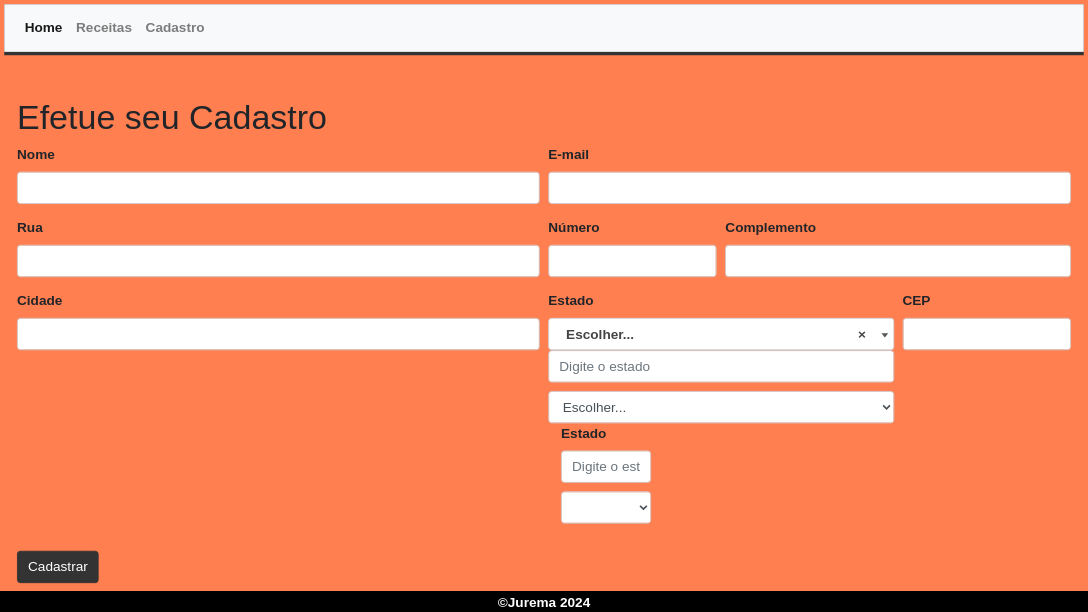
Repository: devropaes/RECEITAS
Page: OneDrive/Área de Trabalho/Estudos/Estácio/receitas/cadastro.html
The author's editor kept a copy of each file at every save. The page is drawn from the files as they stood at one save, then again after the next save.
The browser window is 1280 px wide. The pictures show the whole page, at 85% of full size.

Above is the page before, as saved 2024-03-13 18:11:13.

After the next save:
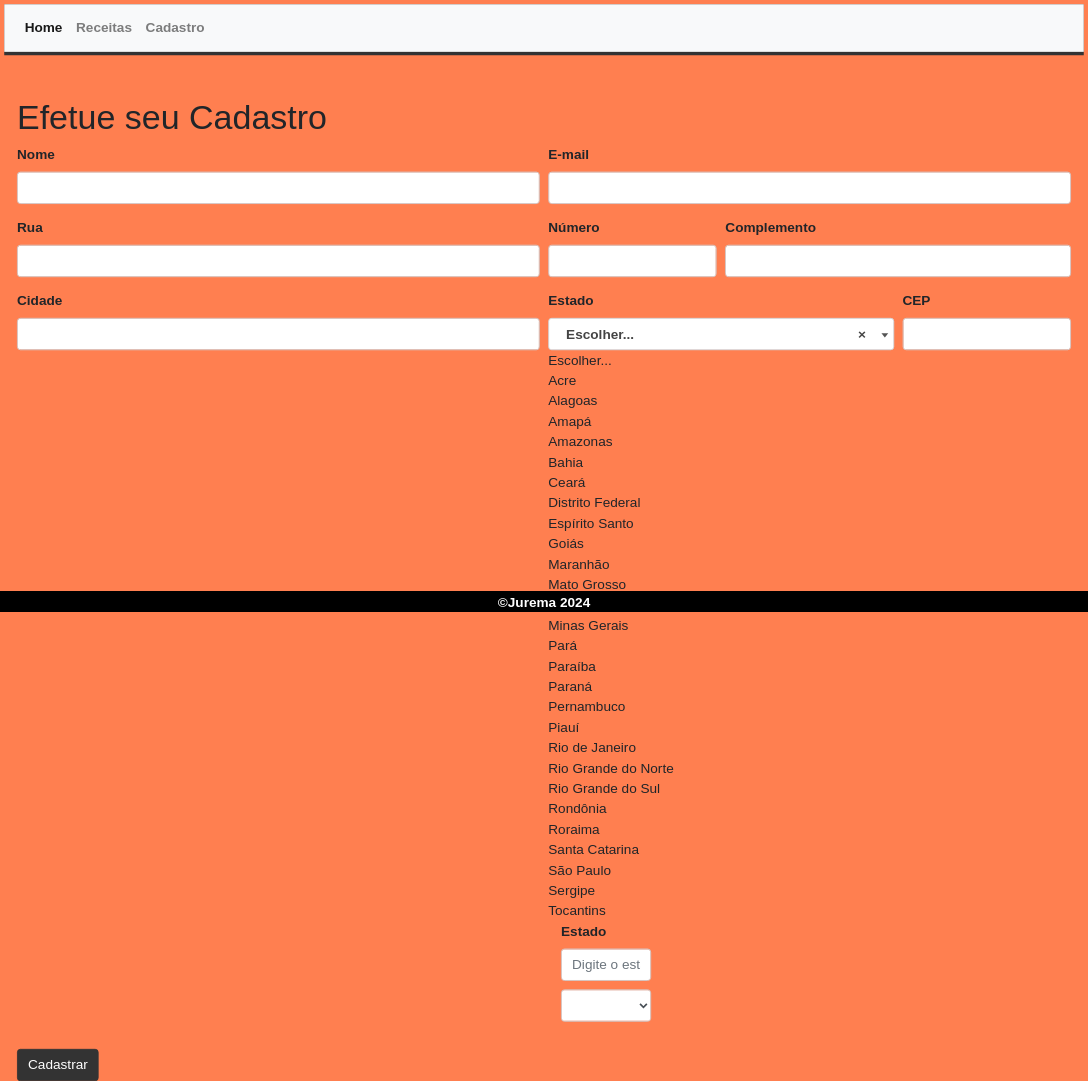
Saved 2 min 33 s later.
--- a/OneDrive/Área de Trabalho/Estudos/Estácio/receitas/cadastro.html
+++ b/OneDrive/Área de Trabalho/Estudos/Estácio/receitas/cadastro.html
@@ -79,7 +79,6 @@
                                 <label for="estado">Estado</label>
                                 <select id="estado" class="form-control" required>
                                     <option selected>Escolher...</option>
-                                    <input type="text" id="filtroEstado" class="form-control" placeholder="Digite o estado">
 
                                     <select id="estado" class="form-control" required>
                                         <option selected>Escolher...</option>

After the save that followed:
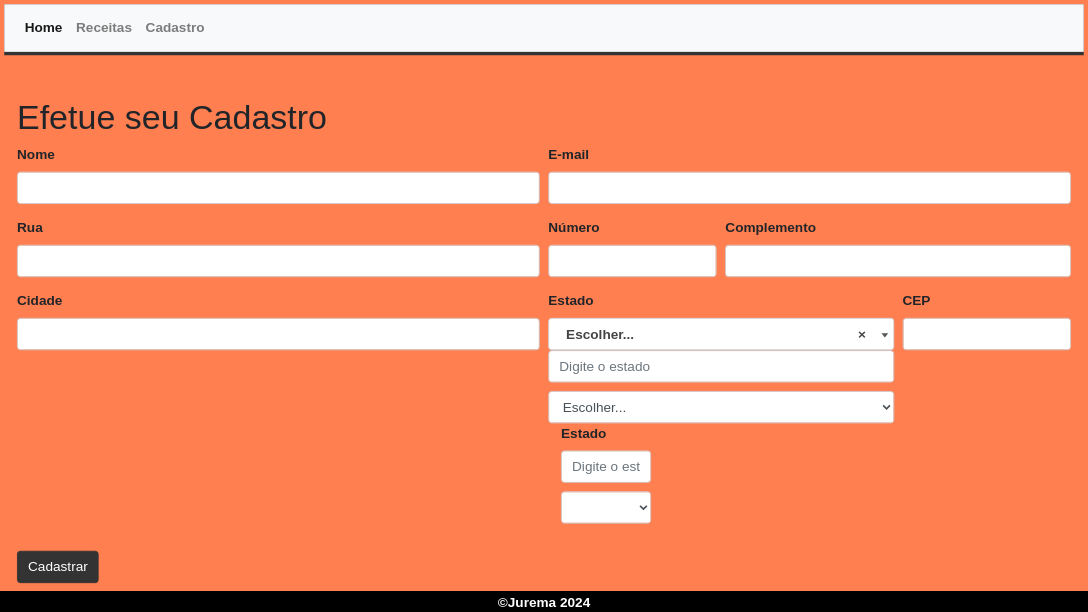
Saved 30 s later.
--- a/OneDrive/Área de Trabalho/Estudos/Estácio/receitas/cadastro.html
+++ b/OneDrive/Área de Trabalho/Estudos/Estácio/receitas/cadastro.html
@@ -79,6 +79,7 @@
                                 <label for="estado">Estado</label>
                                 <select id="estado" class="form-control" required>
                                     <option selected>Escolher...</option>
+                                    <input type="text" id="filtroEstado" class="form-control" placeholder="Digite o estado">
 
                                     <select id="estado" class="form-control" required>
                                         <option selected>Escolher...</option>
